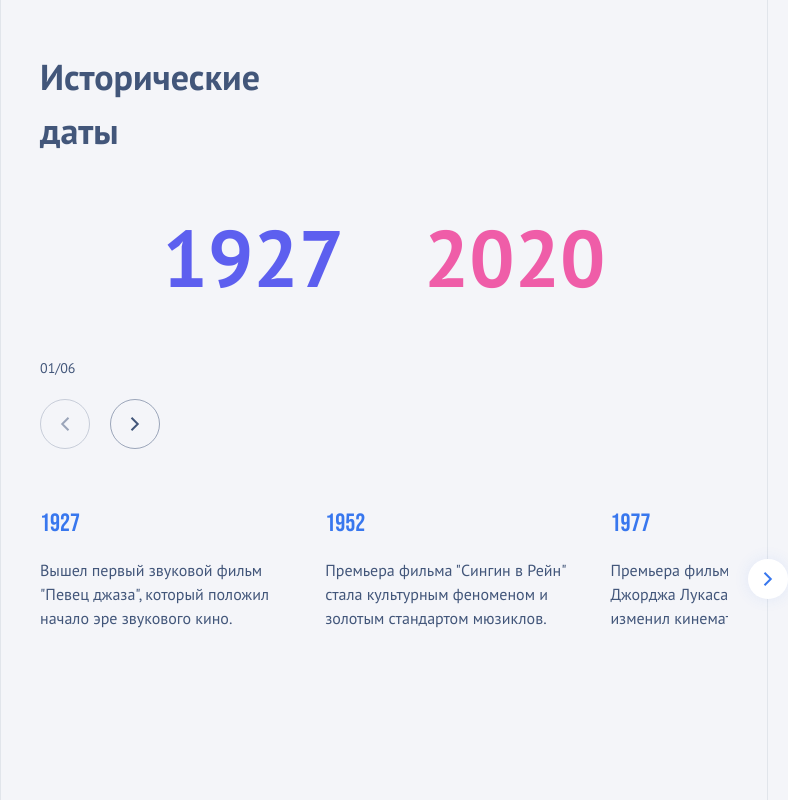
Repository: LenarTulupov/only
Page: /
These files come from the project's save history. The page is drawn as it stood at one moment and after the next save; the edit follows.
The browser window is 768 px wide. The page is 788 px wide, so the pictures cover 788 px, including what lies to the right of the window. The pictures show the whole page.
The project was rebuilt for these pictures with package versions that can differ from the ones it lists, and the page was loaded fresh each time.

Above is the page before, as saved 2024-12-19 02:12:17.

After the next save:
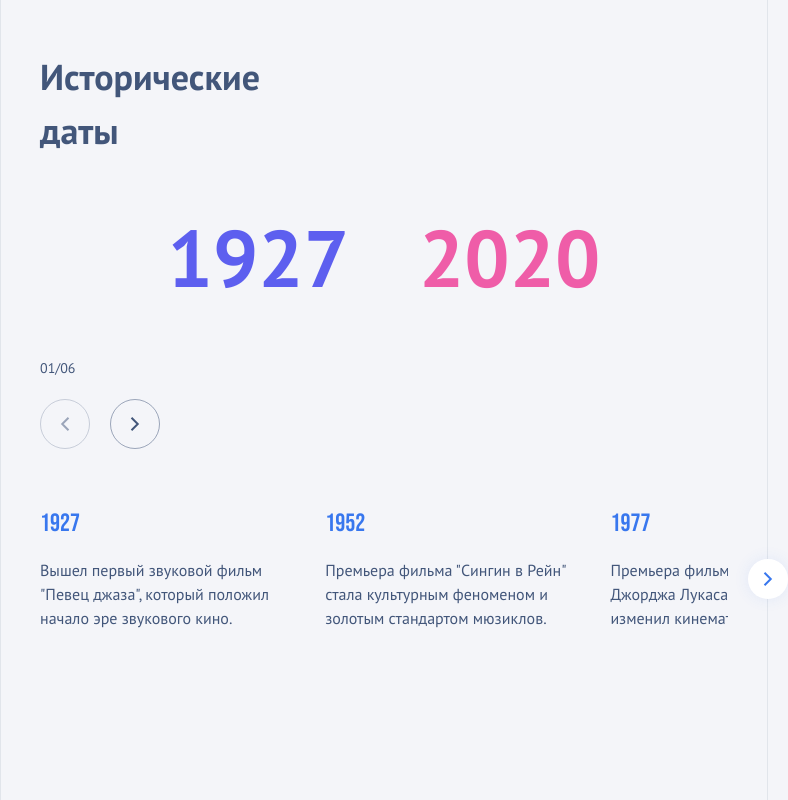
Saved 40 s later.
--- a/src/pages/home/history/history.module.scss
+++ b/src/pages/home/history/history.module.scss
@@ -53,7 +53,7 @@
       justify-content: center;
       font-size: 80px;
       position: static !important;
-      gap: 80px !important;
+      gap: 70px !important;
       transform: translate(0) !important;
       text-align: center;
     }
